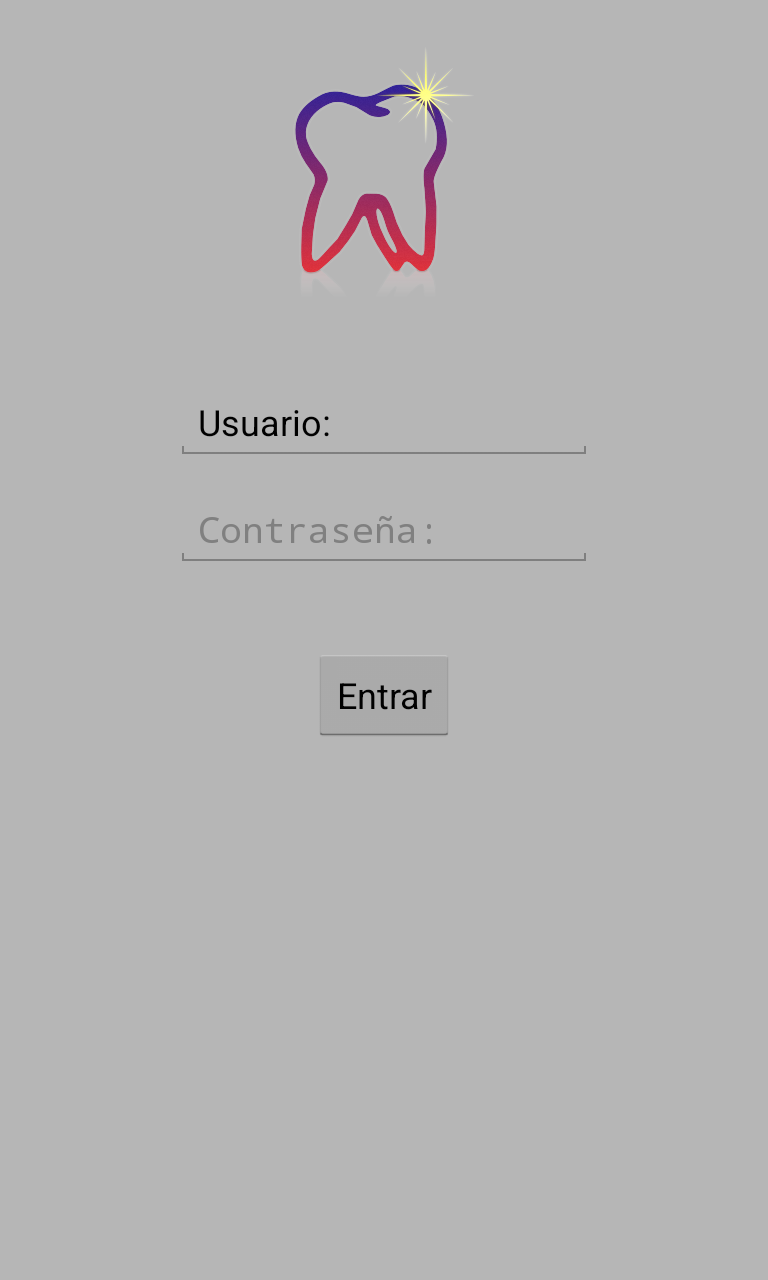
Repository: armandobs94/Dental.App
Layout: AplicacionMovil/DentalApp/Dental.App/res/layout/activity_main.xml
The author's editor kept a copy of each file at every save. The layout is drawn from the files as they stood at one save, then again after the next save.
It is drawn on a 768 x 1280 px phone screen (xhdpi) without system bars, with theme AppTheme; the app's code is not run.

Above is the layout before, as saved 2015-06-11 00:35:14.

After the next save:
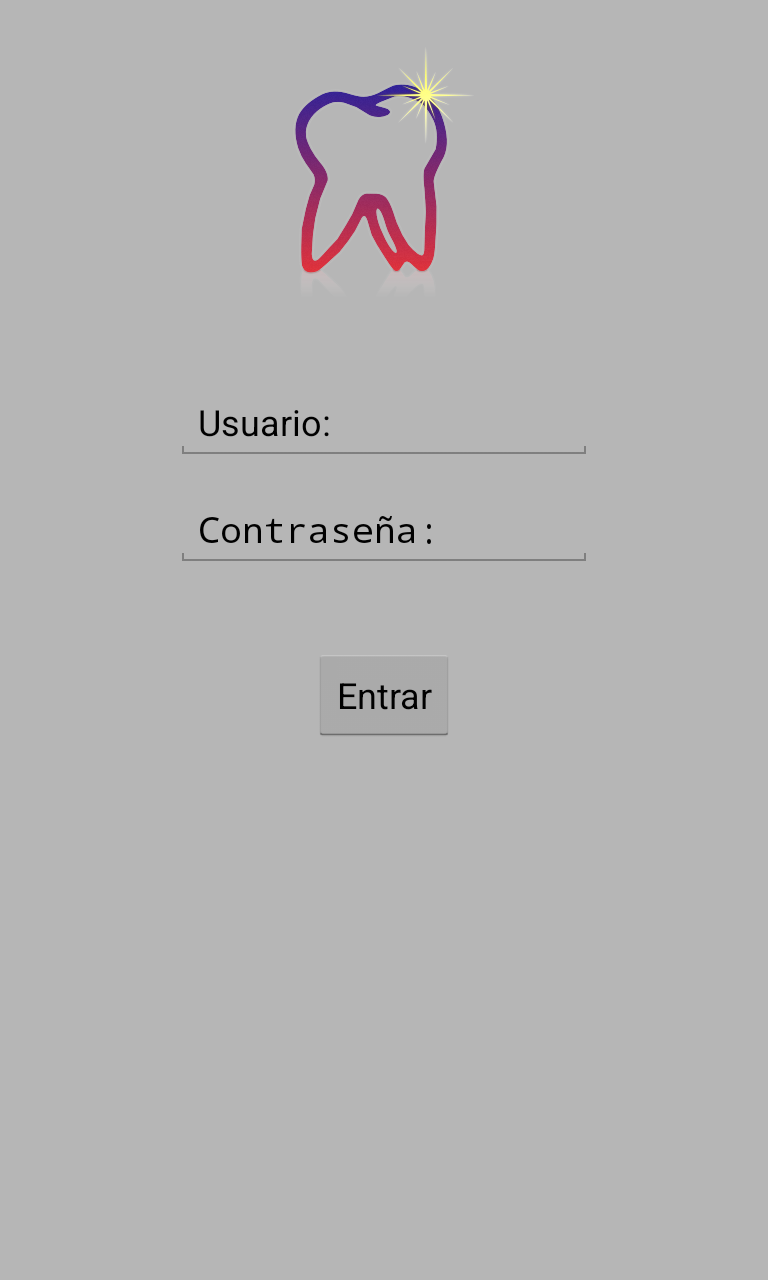
Saved 25 s later.
--- a/AplicacionMovil/DentalApp/Dental.App/res/layout/activity_main.xml
+++ b/AplicacionMovil/DentalApp/Dental.App/res/layout/activity_main.xml
@@ -31,6 +31,7 @@
 
     <EditText
         android:id="@+id/editText2"
+        android:textColorHint="#F000"
         android:layout_width="wrap_content"
         android:layout_height="wrap_content"
         android:layout_alignLeft="@+id/usuario"
